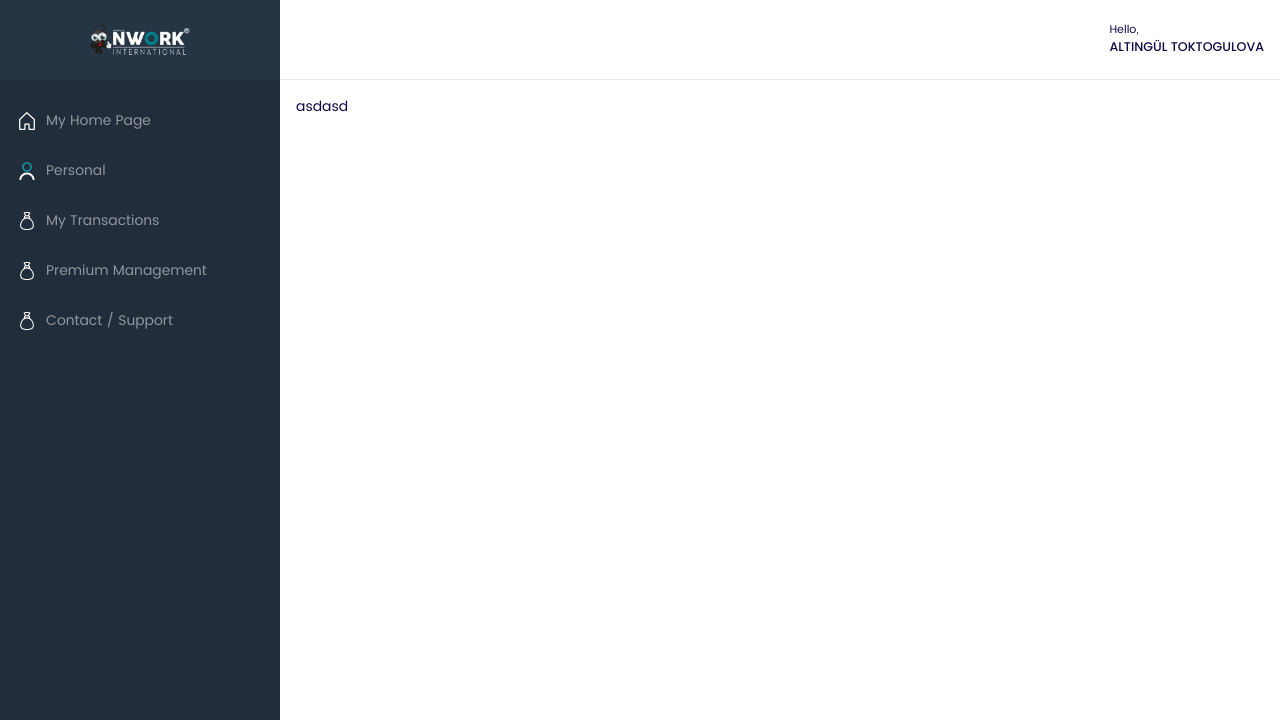
Repository: KayahanKahriman/nwork-admin
Page: index.html
These files come from the project's save history. The page is drawn as it stood at one moment and after the next save; the edit follows.
The browser window is 1280 px wide. The pictures show the whole page.
Some web fonts or font styles are not loaded; a fallback is used. The style sheet was rebuilt from its Sass, Less or Tailwind sources for each picture, by a compiler version that may differ from the author's.

Above is the page before, as saved 2021-06-09 13:08:15.

### index.html
<!doctype html>
<html>

<head>
    <meta name="viewport" content="width=device-width, initial-scale=1, maximum-scale=1, user-scalable=no">
    <meta charset="utf-8" />
    <title>Başlık</title>
    <link rel="preconnect" href="https://fonts.gstatic.com">
    <link href="https://fonts.googleapis.com/css2?family=Poppins:wght@300;400;600;800&display=swap" rel="stylesheet">
    <link href="assets/css/style.css" type="text/css" rel="stylesheet" />
</head>

<body>
    <header class="d-flex align-items-center">
        <div id="header-left" class="text-center p-3 d-flex align-items-center justify-content-center">
            <a href="#">
                <img width="100" src="./assets/images/logo-white.png" alt="">
            </a>
        </div>
        <div id="header-right" class="p-3 d-flex align-items-center justify-content-end">
            <div id="user">
                <span>Hello,</span>
                <p class="mb-0">altıngül toktogulova</p>
            </div>
        </div>
    </header>
    <aside>
        <div id="accordion-menu">
            <div class="accordion-item mb-4">
                <div class="accordion-title">
                    <svg class="accordion-icon" viewBox="0 0 512 512">
                        <path d="M475.425,200.225L262.092,4.669c-6.951-6.359-17.641-6.204-24.397,0.35L36.213,200.574 c-3.449,3.348-5.399,7.953-5.399,12.758v280.889c0,9.819,7.958,17.778,17.778,17.778h148.148c9.819,0,17.778-7.959,17.778-17.778    v-130.37h82.963v130.37c0,9.819,7.958,17.778,17.778,17.778h148.148c9.819,0,17.778-7.953,17.778-17.778V213.333    C481.185,208.349,479.099,203.597,475.425,200.225z M445.629,476.444H333.037v-130.37c0-9.819-7.959-17.778-17.778-17.778H196.741    c-9.819,0-17.778,7.959-17.778,17.778v130.37H66.37V220.853L250.424,42.216l195.206,178.939V476.444z" style="fill: rgb(255, 255, 255);"></path>
                    </svg>
                    <a href="#">My Home Page</a>
                </div>
            </div>
            <div class="accordion-item mb-4">
                <div class="accordion-title">
                    <svg class="accordion-icon" viewBox="0 0 19.738 19.738">
                        <path fill="#ffffff" d="M18.18,19.738h-2c0-3.374-2.83-6.118-6.311-6.118s-6.31,2.745-6.31,6.118h-2   c0-4.478,3.729-8.118,8.311-8.118C14.451,11.62,18.18,15.26,18.18,19.738z"></path>
                        <path fill="#128794" d="M9.87,10.97c-3.023,0-5.484-2.462-5.484-5.485C4.385,2.461,6.846,0,9.87,0   c3.025,0,5.486,2.46,5.486,5.485S12.895,10.97,9.87,10.97z M9.87,2C7.948,2,6.385,3.563,6.385,5.485S7.948,8.97,9.87,8.97   c1.923,0,3.486-1.563,3.486-3.485S11.791,2,9.87,2z"></path>
                    </svg>
                    Personal
                </div>
                <ul class="accordion-ul list-unstyled mb-0">
                    <li><a href="#">Info Update and Acquittal Form</a></li>
                    <li><a href="#">My Current Movements</a></li>
                    <li><a href="#">My Bank Info</a></li>
                    <li><a href="#">Membership Info</a></li>
                    <li><a href="#">Change Password</a></li>
                </ul>
            </div>
            <div class="accordion-item mb-4">
                <div class="accordion-title">
                    <svg class="accordion-icon" viewBox="0 0 512 512">
                        <path d="M394.919,225.259c-17.828-21.933-38.208-39.407-60.58-51.973c3.664-4.335,6.555-9.418,8.422-15.083    c7.326-22.309-3.375-48.809-30.688-57.442l38.289-66.765c4.831-8.426,0.491-19.158-8.824-21.866C313.854,4.081,285.076,0,256,0    s-57.854,4.081-85.538,12.13c-9.326,2.711-13.649,13.45-8.824,21.866l38.289,66.766c-27.205,8.589-38.041,35.05-30.684,57.453    c1.861,5.65,4.751,10.73,8.426,15.067c-22.375,12.566-42.757,30.042-60.587,51.977C81.441,269.106,61,324.413,61,377    c0,109.091,87.047,135,195,135c108.029,0,195-25.953,195-135C451,324.413,430.559,269.106,394.919,225.259z M197.496,36.218    C216.633,32.087,236.238,30,256,30c19.762,0,39.367,2.087,58.504,6.218L281.471,93.82c-16.919-2.362-34.018-2.361-50.941,0.001    L197.496,36.218z M207.296,129.896c25.815-8.468,52.823-10.073,79.08-4.824c0.031,0.006,0.063,0.012,0.094,0.018    c6.12,1.228,12.199,2.826,18.213,4.799c7.861,2.591,12.157,11.094,9.58,18.941c-1.873,5.683-6.818,9.597-12.635,10.231    C286.672,154.378,271.417,152,256,152c-15.386,0-30.611,2.368-45.538,7.032c-5.907-0.608-10.864-4.55-12.721-10.188    C195.16,140.983,199.456,132.479,207.296,129.896z M256,482.2c-117.196,0-165-30.62-165-105.2    c0-45.142,18.453-94.793,49.36-132.818C172.955,204.083,214.023,182,256,182c46.206,0,86.621,26.482,115.64,62.182    C402.547,282.207,421,331.858,421,377C421,451.58,373.196,482.2,256,482.2z" style="fill: rgb(255, 255, 255);"></path>
                    </svg>
                    My Transactions
                </div>
                <ul class="accordion-ul list-unstyled mb-0">
                    <li><a href="#">My Cart</a></li>
                    <li><a href="#">Orders</a></li>
                    <li><a href="#">Invoices</a></li>
                    <li><a href="#">Credit Card Capture</a></li>
                    <li><a href="#">Payment Notification</a></li>
                </ul>
            </div>
            <div class="accordion-item mb-4">
                <div class="accordion-title">
                    <svg class="accordion-icon" viewBox="0 0 512 512">
                        <path d="M394.919,225.259c-17.828-21.933-38.208-39.407-60.58-51.973c3.664-4.335,6.555-9.418,8.422-15.083    c7.326-22.309-3.375-48.809-30.688-57.442l38.289-66.765c4.831-8.426,0.491-19.158-8.824-21.866C313.854,4.081,285.076,0,256,0    s-57.854,4.081-85.538,12.13c-9.326,2.711-13.649,13.45-8.824,21.866l38.289,66.766c-27.205,8.589-38.041,35.05-30.684,57.453    c1.861,5.65,4.751,10.73,8.426,15.067c-22.375,12.566-42.757,30.042-60.587,51.977C81.441,269.106,61,324.413,61,377    c0,109.091,87.047,135,195,135c108.029,0,195-25.953,195-135C451,324.413,430.559,269.106,394.919,225.259z M197.496,36.218    C216.633,32.087,236.238,30,256,30c19.762,0,39.367,2.087,58.504,6.218L281.471,93.82c-16.919-2.362-34.018-2.361-50.941,0.001    L197.496,36.218z M207.296,129.896c25.815-8.468,52.823-10.073,79.08-4.824c0.031,0.006,0.063,0.012,0.094,0.018    c6.12,1.228,12.199,2.826,18.213,4.799c7.861,2.591,12.157,11.094,9.58,18.941c-1.873,5.683-6.818,9.597-12.635,10.231    C286.672,154.378,271.417,152,256,152c-15.386,0-30.611,2.368-45.538,7.032c-5.907-0.608-10.864-4.55-12.721-10.188    C195.16,140.983,199.456,132.479,207.296,129.896z M256,482.2c-117.196,0-165-30.62-165-105.2    c0-45.142,18.453-94.793,49.36-132.818C172.955,204.083,214.023,182,256,182c46.206,0,86.621,26.482,115.64,62.182    C402.547,282.207,421,331.858,421,377C421,451.58,373.196,482.2,256,482.2z" style="fill: rgb(255, 255, 255);"></path>
                    </svg>
                    Premium Management
                </div>
                <ul class="accordion-ul list-unstyled mb-0">
                    <li><a href="#">My Orders</a></li>
                    <li><a href="#">My Premiums</a></li>
                    <li><a href="#">My Clients</a></li>
                    <li><a href="#">Binary Tree</a></li>
                    <li><a href="#">Reference Tree</a></li>
                    <li><a href="#">Binary Turnover Movements</a></li>
                    <li><a href="#">Premium Reference</a></li>
                </ul>
            </div>
            <div class="accordion-item mb-4">
                <div class="accordion-title">
                    <svg class="accordion-icon" viewBox="0 0 512 512">
                        <path d="M394.919,225.259c-17.828-21.933-38.208-39.407-60.58-51.973c3.664-4.335,6.555-9.418,8.422-15.083    c7.326-22.309-3.375-48.809-30.688-57.442l38.289-66.765c4.831-8.426,0.491-19.158-8.824-21.866C313.854,4.081,285.076,0,256,0    s-57.854,4.081-85.538,12.13c-9.326,2.711-13.649,13.45-8.824,21.866l38.289,66.766c-27.205,8.589-38.041,35.05-30.684,57.453    c1.861,5.65,4.751,10.73,8.426,15.067c-22.375,12.566-42.757,30.042-60.587,51.977C81.441,269.106,61,324.413,61,377    c0,109.091,87.047,135,195,135c108.029,0,195-25.953,195-135C451,324.413,430.559,269.106,394.919,225.259z M197.496,36.218    C216.633,32.087,236.238,30,256,30c19.762,0,39.367,2.087,58.504,6.218L281.471,93.82c-16.919-2.362-34.018-2.361-50.941,0.001    L197.496,36.218z M207.296,129.896c25.815-8.468,52.823-10.073,79.08-4.824c0.031,0.006,0.063,0.012,0.094,0.018    c6.12,1.228,12.199,2.826,18.213,4.799c7.861,2.591,12.157,11.094,9.58,18.941c-1.873,5.683-6.818,9.597-12.635,10.231    C286.672,154.378,271.417,152,256,152c-15.386,0-30.611,2.368-45.538,7.032c-5.907-0.608-10.864-4.55-12.721-10.188    C195.16,140.983,199.456,132.479,207.296,129.896z M256,482.2c-117.196,0-165-30.62-165-105.2    c0-45.142,18.453-94.793,49.36-132.818C172.955,204.083,214.023,182,256,182c46.206,0,86.621,26.482,115.64,62.182    C402.547,282.207,421,331.858,421,377C421,451.58,373.196,482.2,256,482.2z" style="fill: rgb(255, 255, 255);"></path>
                    </svg>
                    Contact / Support
                </div>
                <ul class="accordion-ul list-unstyled mb-0">
                    <li><a href="#">Documents</a></li>
                </ul>
            </div>
        </div>
    </aside>
    <main class="p-3">
        asdasd
    </main>
    <script type="text/javascript" src="assets/js/index.js"></script>
    <script type="text/javascript" src="assets/js/accordion.js"></script>
</body>

</html>

### assets/scss/style.scss
@import "main";

main {
  margin-left: var(--aside-width);
}

/*------------------------------------*\
    RESPONSIVE
\*------------------------------------*/

@media only screen and (min-width: 320px) {
}

@media only screen and (min-width: 480px) {
}

@media only screen and (min-width: 768px) {
}

@media only screen and (min-width: 1024px) {
}

@media only screen and (min-width: 1140px) {
}

@media only screen and (min-width: 1280px) {
}

@media only screen and (-webkit-min-device-pixel-ratio: 1.5),
  only screen and (min-resolution: 144dpi) {
}

### assets/scss/flex-grid/_flexgrid.scss
@import "functions";
@import "variables";
@import "mixins";
@import "reboot";
@import "utilities";
@import "grid";

### assets/scss/flex-grid/_mixins.scss
// Toggles
//
// Used in conjunction with global variables to enable certain theme features.

// Vendor
@import "vendor/rfs";


// Utilities
@import "mixins/breakpoints";
@import "mixins/image";
@import "mixins/hover";
@import "mixins/deprecate";
@import "mixins/text-hide";
@import "mixins/text-truncate";
@import "mixins/text-emphasis";
@import "mixins/size";


// // Layout
@import "mixins/clearfix";
@import "mixins/grid-framework";
@import "mixins/grid";
@import "mixins/float";

### assets/scss/flex-grid/mixins/_image.scss
// Image Mixins
// - Responsive image
// - Retina image


// Responsive image
//
// Keep images from scaling beyond the width of their parents.

@mixin img-fluid {
  // Part 1: Set a maximum relative to the parent
  max-width: 100%;
  // Part 2: Override the height to auto, otherwise images will be stretched
  // when setting a width and height attribute on the img element.
  height: auto;
}


// Retina image
//
// Short retina mixin for setting background-image and -size.

@mixin img-retina($file-1x, $file-2x, $width-1x, $height-1x) {
  background-image: url($file-1x);

  // Autoprefixer takes care of adding -webkit-min-device-pixel-ratio and -o-min-device-pixel-ratio,
  // but doesn't convert dppx=>dpi.
  // There's no such thing as unprefixed min-device-pixel-ratio since it's nonstandard.
  // Compatibility info: https://caniuse.com/#feat=css-media-resolution
  @media only screen and (min-resolution: 192dpi), // IE9-11 don't support dppx
    only screen and (min-resolution: 2dppx) { // Standardized
    background-image: url($file-2x);
    background-size: $width-1x $height-1x;
  }
  @include deprecate("`img-retina()`", "v4.3.0", "v5");
}

### assets/scss/flex-grid/mixins/_hover.scss
// Hover mixin and `$enable-hover-media-query` are deprecated.
//
// Originally added during our alphas and maintained during betas, this mixin was
// designed to prevent `:hover` stickiness on iOS-an issue where hover styles
// would persist after initial touch.
//
// For backward compatibility, we've kept these mixins and updated them to
// always return their regular pseudo-classes instead of a shimmed media query.
//
// Issue: https://github.com/twbs/bootstrap/issues/25195

@mixin hover {
  &:hover { @content; }
}

@mixin hover-focus {
  &:hover,
  &:focus {
    @content;
  }
}

@mixin plain-hover-focus {
  &,
  &:hover,
  &:focus {
    @content;
  }
}

@mixin hover-focus-active {
  &:hover,
  &:focus,
  &:active {
    @content;
  }
}

### assets/scss/flex-grid/_utilities.scss
@import "utilities/align";
@import "utilities/clearfix";
@import "utilities/display";
@import "utilities/flex";
@import "utilities/float";
@import "utilities/position";
@import "utilities/text";
@import "utilities/spacing";
@import "utilities/sizing";

### assets/scss/flex-grid/_grid.scss
// Container widths
//
// Set the container width, and override it for fixed navbars in media queries.

@if $enable-grid-classes {
  .container {
    @include make-container();
    @include make-container-max-widths();
  }
}

// Fluid container
//
// Utilizes the mixin meant for fixed width containers, but with 100% width for
// fluid, full width layouts.

@if $enable-grid-classes {
  .container-fluid {
    @include make-container();
  }
}

// Row
//
// Rows contain and clear the floats of your columns.

@if $enable-grid-classes {
  .row {
    @include make-row();
  }

  // Remove the negative margin from default .row, then the horizontal padding
  // from all immediate children columns (to prevent runaway style inheritance).
  .no-gutters {
    margin-right: 0;
    margin-left: 0;

    > .col,
    > [class*="col-"] {
      padding-right: 0;
      padding-left: 0;
    }
  }
}

// Columns
//
// Common styles for small and large grid columns

@if $enable-grid-classes {
  @include make-grid-columns();
}

### assets/scss/_vars.scss
$primary-color: #079ca5;
$text-color: #0d0a46;
$link-color: #0d0a46;
$bg: #f7f8fc;
$poppins-light: "Poppins-Light";
$poppins-regular: "Poppins-Regular";
$poppins-medium: "Poppins-Medium";
$poppins-bold: "Poppins-Bold";
$default-font: $poppins-regular;

### assets/scss/_colors.scss
:root {
  --primary-color: #017e8c;
  --dark-blue: #222d3b;
  --border-color: #00000015;
  --light-gray: #f9f9f9;
  --light-blue: #b4c0cd;
  --logo-bg: #263544;
}

### assets/scss/_img.scss
@mixin img($size, $alignment) {
  width: 100%;
  height: 100%;
  object-fit: $size;
  object-position: $alignment;
}

.img-cover {
  @include img(cover, center center);
}

.img-contain {
  @include img(contain, center center);
}

### assets/scss/_sizes.scss
:root {
  --header-height: 80px;
  --aside-width: 280px;
  --main-width: calc(100% - var(--aside-width));
}

### assets/scss/_header.scss
header {
  height: var(--header-height);
  #header-left {
    width: var(--aside-width);
    background: var(--logo-bg);
    height: 100%;
  }
  #header-right {
    width: var(--main-width);
    border-bottom: 1px solid var(--border-color);
    height: 100%;

    #user {
      span {
        font-style: normal;
        display: block;
        font-size: 0.8em;
      }
      p {
        font-size: 0.9em;
        font-family: $poppins-medium;
        text-transform: uppercase;
      }
    }
  }
}

### assets/scss/_aside.scss
aside {
  width: var(--aside-width);
  height: 100vh;
  background: var(--dark-blue);
  position: fixed;
}

### assets/scss/_accordion-menu.scss
#accordion-menu {
  padding: 30px 0;
}

.accordion-item {
  padding: 0 15px;
  border-left: 3px solid transparent;
  transition: all 0.3s ease-in-out;
  max-height: 30px;
  overflow: hidden;
}

.accordion-active-item {
  border-color: var(--primary-color);
  transition: all 0.3s ease-in-out;
  max-height: 1000px;
}

.accordion-icon {
  width: 18px;
  height: 18px;
}

.accordion-title {
  display: flex;
  align-items: center;
  column-gap: 10px;
  margin-bottom: 5px;
  cursor: pointer;
  color: #ffffff80;
  transition: all 0.2s ease-in-out;

  &:hover {
    color: #ffffff;
    a {
      color: #ffffff;
    }
  }

  a {
    color: #ffffff80;
    transition: all 0.2s ease-in-out;
  }

  &.accordion-active {
    color: white;
  }
}

.accordion-ul {
  overflow: hidden;
  padding-left: 25px;
  transition: all 0.3s ease-in-out;
  max-height: 0;
  transform: scaleY(0);
  transform-origin: top left;
  li {
    a {
      background-image: url("data:[embedded picture, 478 characters]");
      background-repeat: no-repeat;
      background-size: 10px 10px;
      background-position: 0 11px;
      display: block;
      padding: 8px 0 8px 15px;
      font-size: 0.9em;
      color: #ffffff80;
      transition: all 0.2s ease-in-out;

      &:hover {
        color: white;
      }
    }
  }
}

.accordion-toggle {
  max-height: 100%;
  transition: all 0.3s ease-in-out;
  transform: scaleY(1);
}

Loaded but not shown: assets/scss/flex-grid/vendor/_rfs.scss (common file); assets/scss/flex-grid/mixins/_deprecate.scss (common file); assets/scss/flex-grid/mixins/_text-hide.scss (common file); assets/scss/flex-grid/mixins/_text-truncate.scss (common file); assets/scss/flex-grid/mixins/_text-emphasis.scss (common file); assets/scss/flex-grid/mixins/_size.scss (common file); assets/scss/flex-grid/mixins/_clearfix.scss (common file); assets/scss/flex-grid/mixins/_float.scss (common file); assets/scss/flex-grid/utilities/_align.scss (common file); assets/scss/flex-grid/utilities/_clearfix.scss (common file); assets/scss/flex-grid/utilities/_display.scss (common file); assets/scss/flex-grid/utilities/_float.scss (common file); assets/scss/flex-grid/utilities/_position.scss (common file); assets/scss/flex-grid/utilities/_sizing.scss (common file); assets/js/accordion.js (20 lines, source omitted); assets/scss/flex-grid/_variables.scss (1123 lines, source omitted); assets/scss/flex-grid/_reboot.scss (483 lines, source omitted); assets/scss/flex-grid/mixins/_breakpoints.scss (123 lines, source omitted); assets/scss/flex-grid/utilities/_flex.scss (51 lines, source omitted); assets/scss/flex-grid/_functions.scss (86 lines, source omitted); assets/scss/flex-grid/utilities/_spacing.scss (73 lines, source omitted); assets/scss/flex-grid/utilities/_text.scss (72 lines, source omitted); assets/scss/flex-grid/mixins/_grid-framework.scss (66 lines, source omitted); assets/scss/_main.scss (110 lines, source omitted); assets/scss/flex-grid/mixins/_grid.scss (51 lines, source omitted); assets/js/index.js (no copy from this time; the picture is the same without it)

After the next save:
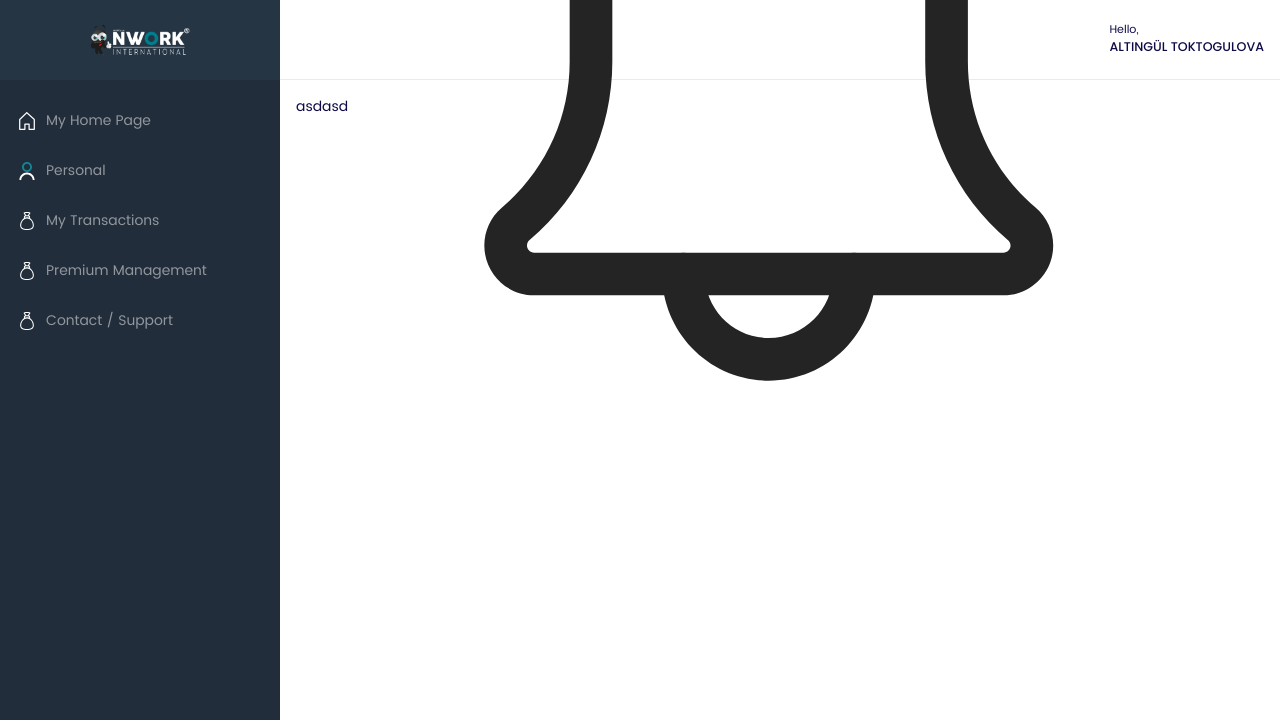
Saved 3 min 37 s later.
--- a/index.html
+++ b/index.html
@@ -18,6 +18,13 @@
             </a>
         </div>
         <div id="header-right" class="p-3 d-flex align-items-center justify-content-end">
+            <div id="icons">
+                <svg xmlns="http://www.w3.org/2000/svg" height="512pt" viewBox="-43 0 512 512" width="512pt">
+                    <path d="m213.332031 512c-44.117187 0-80-35.882812-80-80 0-8.832031 7.167969-16 16-16s16 7.167969 16 16c0 26.476562 21.527344 48 48 48 26.476563 0 48-21.523438 48-48 0-8.832031 7.167969-16 16-16s16 7.167969 16 16c0 44.117188-35.882812 80-80 80zm0 0" style="fill: rgb(36, 36, 36);"></path>
+                    <path d="m389.332031 448h-352c-20.585937 0-37.332031-16.746094-37.332031-37.332031 0-10.925781 4.757812-21.269531 13.054688-28.375 32.449218-27.414063 50.945312-67.261719 50.945312-109.480469v-59.480469c0-82.34375 66.988281-149.332031 149.332031-149.332031 82.347657 0 149.335938 66.988281 149.335938 149.332031v59.480469c0 42.21875 18.496093 82.066406 50.730469 109.332031 8.511718 7.253907 13.269531 17.597657 13.269531 28.523438 0 20.585937-16.746094 37.332031-37.335938 37.332031zm-176-352c-64.703125 0-117.332031 52.628906-117.332031 117.332031v59.480469c0 51.644531-22.632812 100.414062-62.078125 133.757812-.75.640626-1.921875 1.964844-1.921875 4.097657 0 2.898437 2.433594 5.332031 5.332031 5.332031h352c2.902344 0 5.335938-2.433594 5.335938-5.332031 0-2.132813-1.175781-3.457031-1.878907-4.054688-39.488281-33.386719-62.121093-82.15625-62.121093-133.800781v-59.480469c0-64.703125-52.628907-117.332031-117.335938-117.332031zm0 0" style="fill: rgb(36, 36, 36);"></path>
+                    <path d="m213.332031 96c-8.832031 0-16-7.167969-16-16v-64c0-8.832031 7.167969-16 16-16s16 7.167969 16 16v64c0 8.832031-7.167969 16-16 16zm0 0" style="fill: rgb(36, 36, 36);"></path>
+                </svg>
+            </div>
             <div id="user">
                 <span>Hello,</span>
                 <p class="mb-0">altıngül toktogulova</p>

After the save that followed:
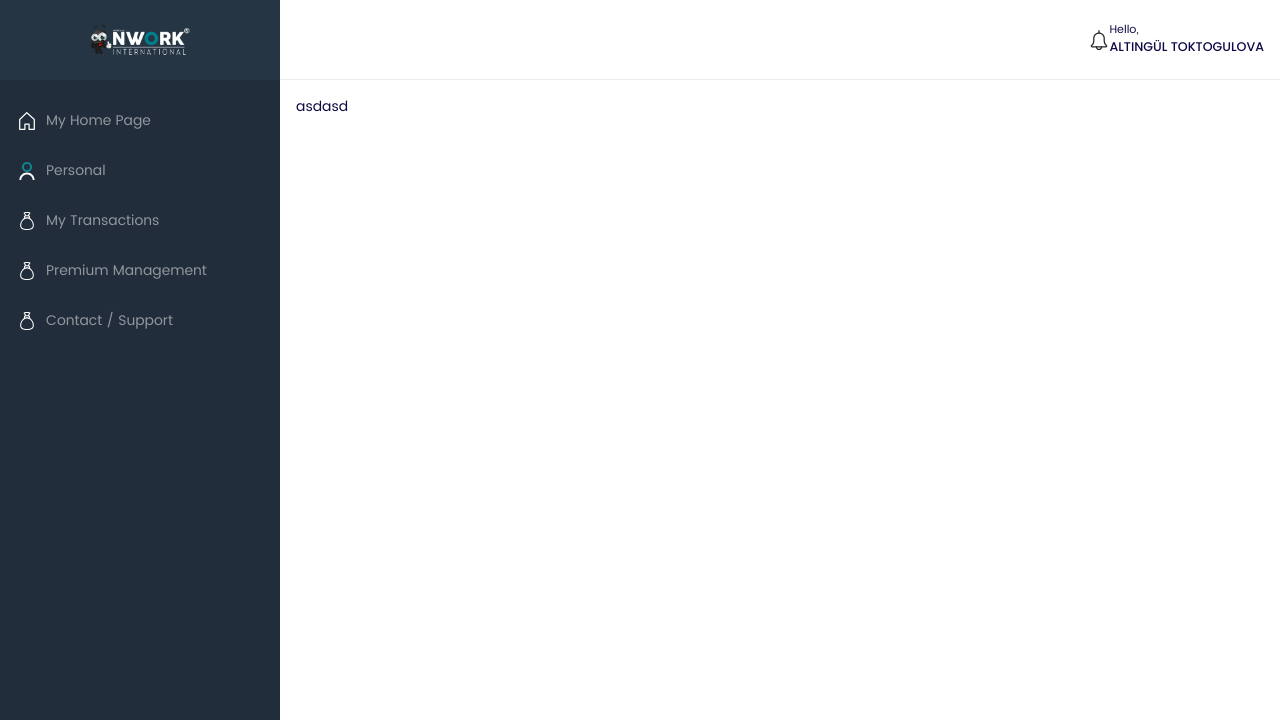
Saved 17 s later.
--- a/index.html
+++ b/index.html
@@ -19,7 +19,7 @@
         </div>
         <div id="header-right" class="p-3 d-flex align-items-center justify-content-end">
             <div id="icons">
-                <svg xmlns="http://www.w3.org/2000/svg" height="512pt" viewBox="-43 0 512 512" width="512pt">
+                <svg width="20" height="20" height="512pt" viewBox="-43 0 512 512">
                     <path d="m213.332031 512c-44.117187 0-80-35.882812-80-80 0-8.832031 7.167969-16 16-16s16 7.167969 16 16c0 26.476562 21.527344 48 48 48 26.476563 0 48-21.523438 48-48 0-8.832031 7.167969-16 16-16s16 7.167969 16 16c0 44.117188-35.882812 80-80 80zm0 0" style="fill: rgb(36, 36, 36);"></path>
                     <path d="m389.332031 448h-352c-20.585937 0-37.332031-16.746094-37.332031-37.332031 0-10.925781 4.757812-21.269531 13.054688-28.375 32.449218-27.414063 50.945312-67.261719 50.945312-109.480469v-59.480469c0-82.34375 66.988281-149.332031 149.332031-149.332031 82.347657 0 149.335938 66.988281 149.335938 149.332031v59.480469c0 42.21875 18.496093 82.066406 50.730469 109.332031 8.511718 7.253907 13.269531 17.597657 13.269531 28.523438 0 20.585937-16.746094 37.332031-37.335938 37.332031zm-176-352c-64.703125 0-117.332031 52.628906-117.332031 117.332031v59.480469c0 51.644531-22.632812 100.414062-62.078125 133.757812-.75.640626-1.921875 1.964844-1.921875 4.097657 0 2.898437 2.433594 5.332031 5.332031 5.332031h352c2.902344 0 5.335938-2.433594 5.335938-5.332031 0-2.132813-1.175781-3.457031-1.878907-4.054688-39.488281-33.386719-62.121093-82.15625-62.121093-133.800781v-59.480469c0-64.703125-52.628907-117.332031-117.335938-117.332031zm0 0" style="fill: rgb(36, 36, 36);"></path>
                     <path d="m213.332031 96c-8.832031 0-16-7.167969-16-16v-64c0-8.832031 7.167969-16 16-16s16 7.167969 16 16v64c0 8.832031-7.167969 16-16 16zm0 0" style="fill: rgb(36, 36, 36);"></path>
